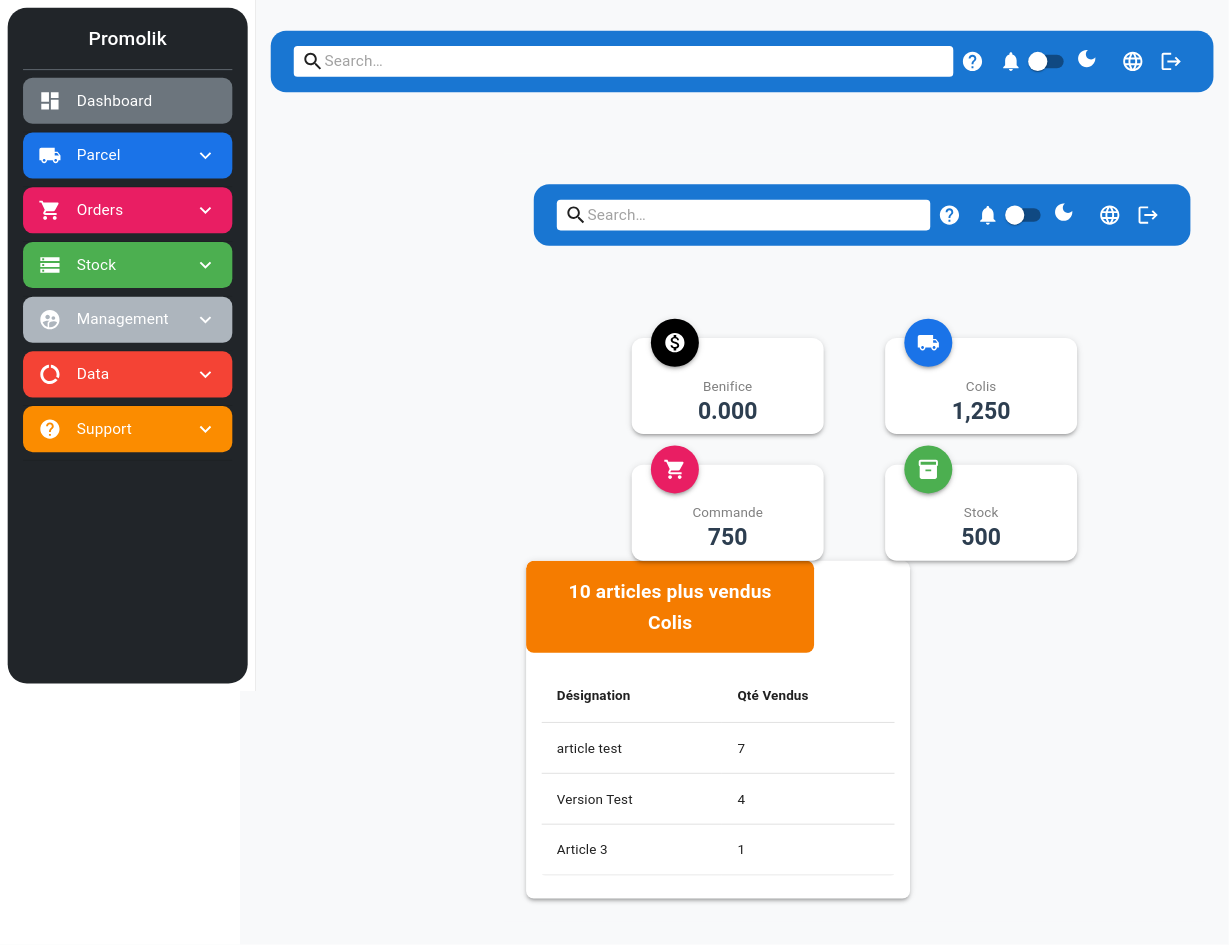
Repository: yosrjdly/stk
Page: /dashboard (app in dashboard/)
An editor plug-in stored every save of this project. The page is shown before and after a run of saves, followed by the edit.
The browser window is 1280 px wide. The pictures show the whole page, at 96% of full size.
The project was rebuilt for these pictures with package versions that can differ from the ones it lists, and the page was loaded fresh each time. The framework's server and built-in components were replaced by stand-ins that run in the browser. Also part of the build but not shown: dashboard/next.config.ts.

Above is the page before, as saved 2025-02-14 18:11:36.

After the next 2 saves:
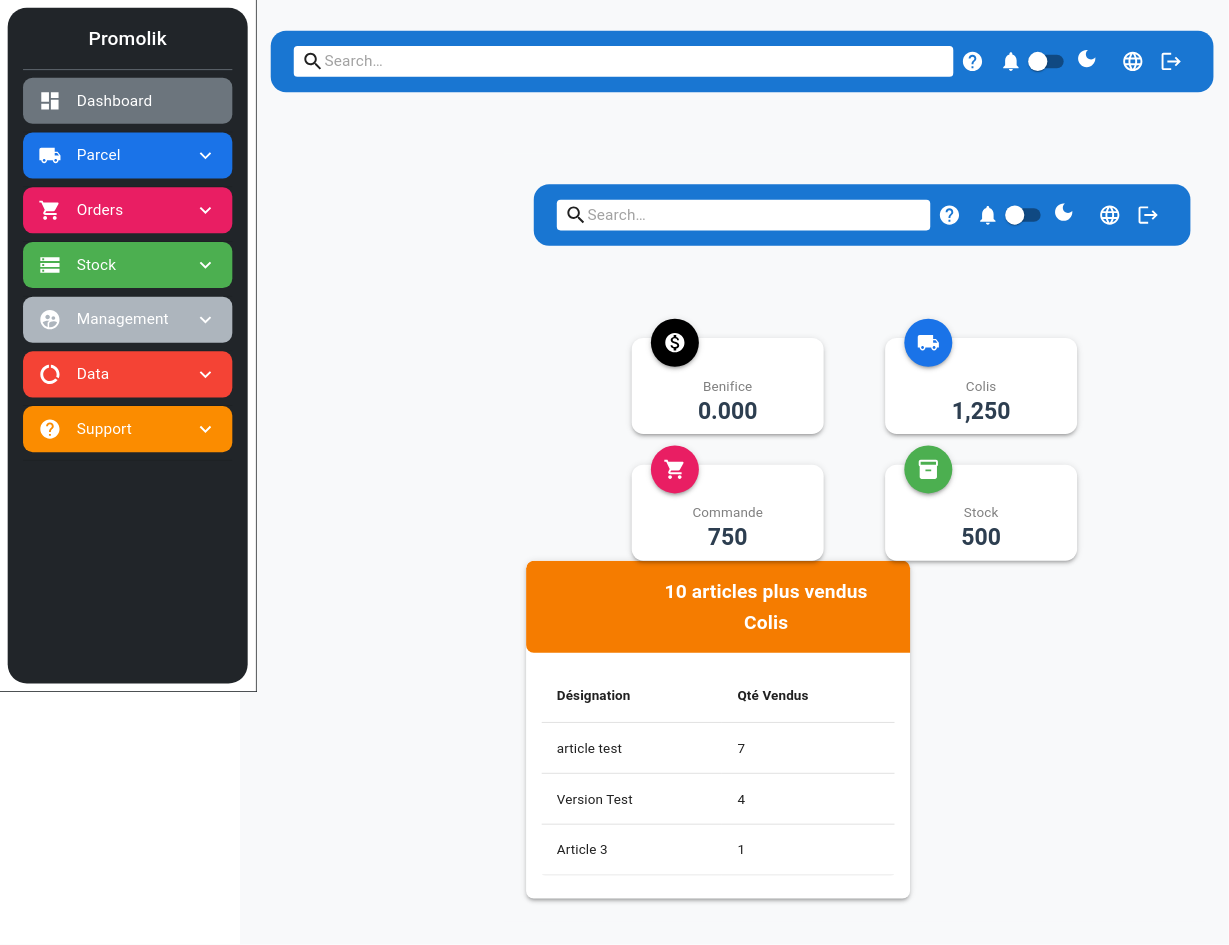
The 2 saves are shown as one change because they came seconds apart.
The last was saved 10 s later.
--- a/dashboard/src/componenets/cards/mediumCard/TopSellingCard.tsx
+++ b/dashboard/src/componenets/cards/mediumCard/TopSellingCard.tsx
@@ -11,7 +11,7 @@ const data = [
 const TopSellingCard = () => {
   return (
     <Card sx={{ maxWidth: 400, borderRadius: 2, boxShadow: 3, overflow: "hidden" }}>
-      <CardContent sx={{ backgroundColor: "#f57c00", color: "white", textAlign: "center", padding: 2 ,borderRadius: 2 ,width:"75%"}}>
+      <CardContent sx={{ backgroundColor: "#f57c00", color: "white", textAlign: "center", padding: 2 ,borderRadius: 2 ,width:500}}>
         <Typography variant="h6" fontWeight="bold">
           10 articles plus vendus
         </Typography>
